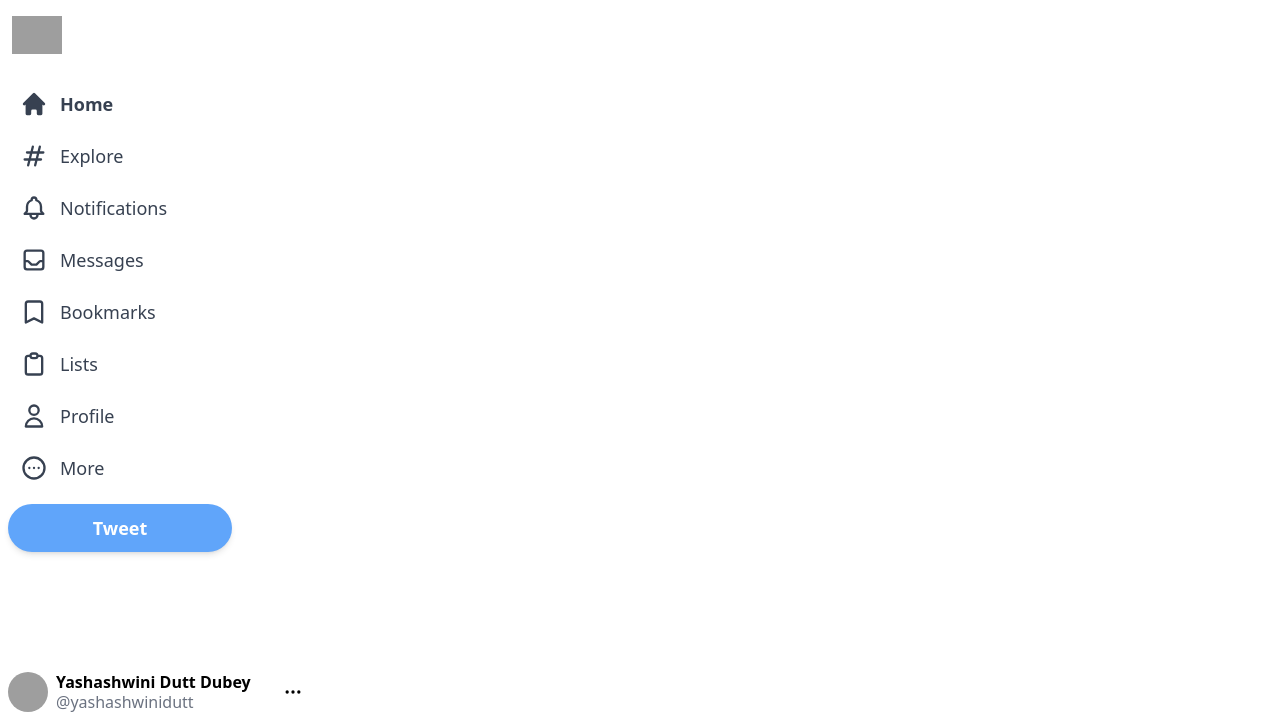
Repository: Yashashwinidutt/twitter
Page: /
The author's editor kept a copy of each file at every save. The page is drawn from the files as they stood at one save, then again after the next save.
The browser window is 1280 px wide. The pictures show the whole page.
Pictures or frames that could not be fetched are drawn as grey boxes. The project was rebuilt for these pictures with package versions that can differ from the ones it lists, and the page was loaded fresh each time. The framework's server and built-in components were replaced by stand-ins that run in the browser. Also part of the build but not shown: next.config.js.

Above is the page before, as saved 2023-02-27 13:38:52.

After the next save:
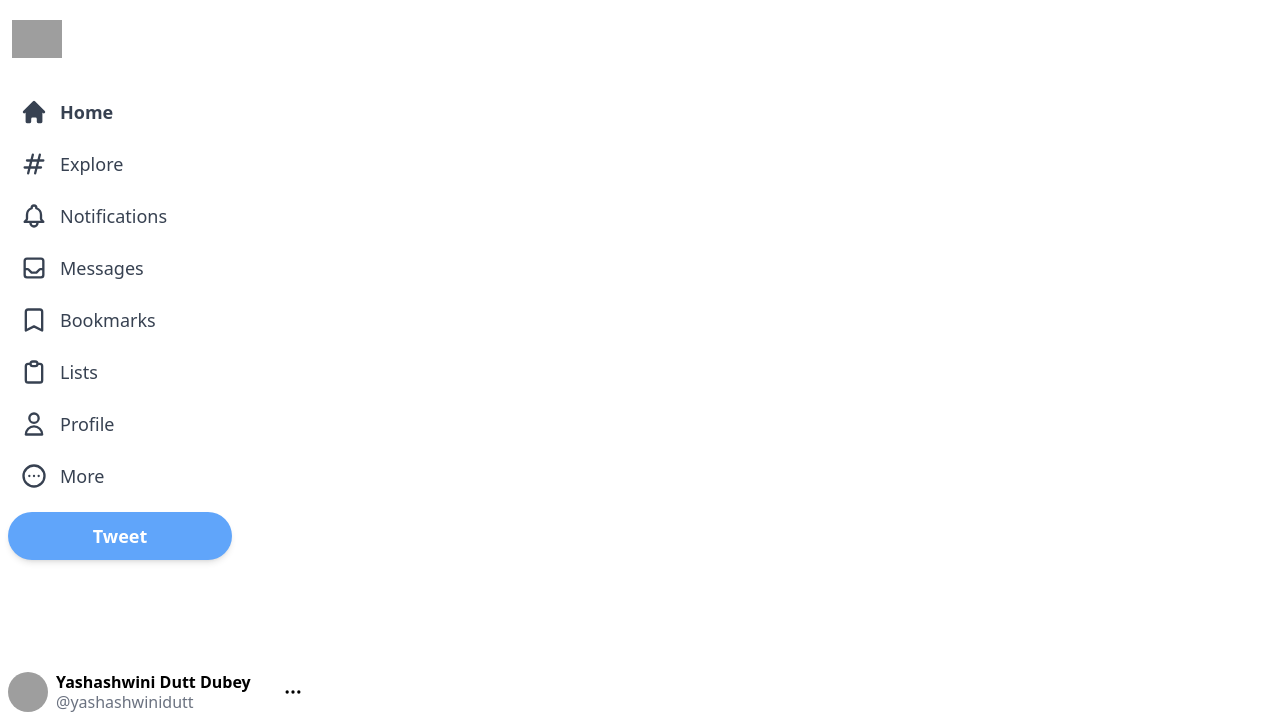
Saved 10 s later.
--- a/components/Sidebar.js
+++ b/components/Sidebar.js
@@ -13,7 +13,7 @@
   return (
     <div className="hidden sm:flex flex-col p-2 xl:items-start fixed h-full">
         {/*Twitter logo*/}
-        <div className="hoverEffect p-2 hover:bg-blue-100 xl:px-1">
+        <div className="hoverEffect p-3 hover:bg-blue-100 xl:px-1">
           <Image width="50" height="50" src="https://upload.wikimedia.org/wikipedia/commons/thumb/4/4f/Twitter-logo.svg/800px-Twitter-logo.svg.png" alt="error"></Image>
         </div>
         {/*Menu*/}

After the save that followed:
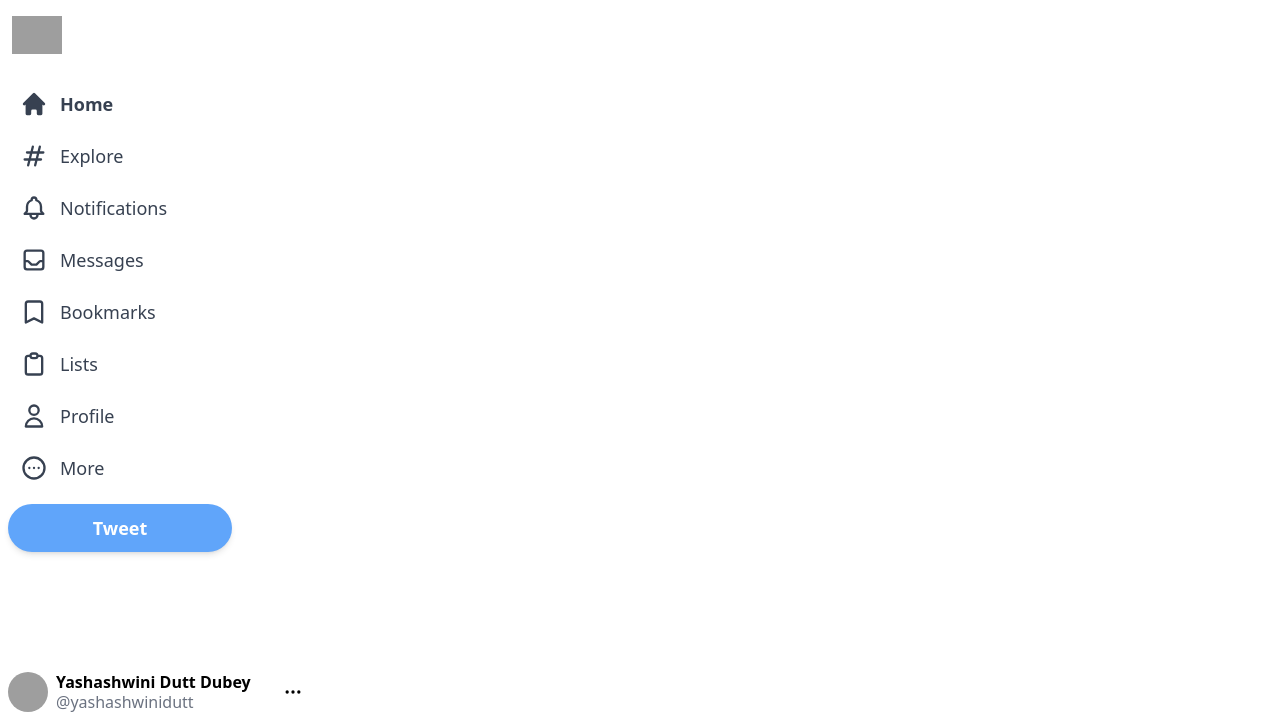
Saved 14 s later.
--- a/components/Sidebar.js
+++ b/components/Sidebar.js
@@ -13,7 +13,7 @@
   return (
     <div className="hidden sm:flex flex-col p-2 xl:items-start fixed h-full">
         {/*Twitter logo*/}
-        <div className="hoverEffect p-3 hover:bg-blue-100 xl:px-1">
+        <div className="hoverEffect p-2 hover:bg-blue-100 xl:px-1">
           <Image width="50" height="50" src="https://upload.wikimedia.org/wikipedia/commons/thumb/4/4f/Twitter-logo.svg/800px-Twitter-logo.svg.png" alt="error"></Image>
         </div>
         {/*Menu*/}
